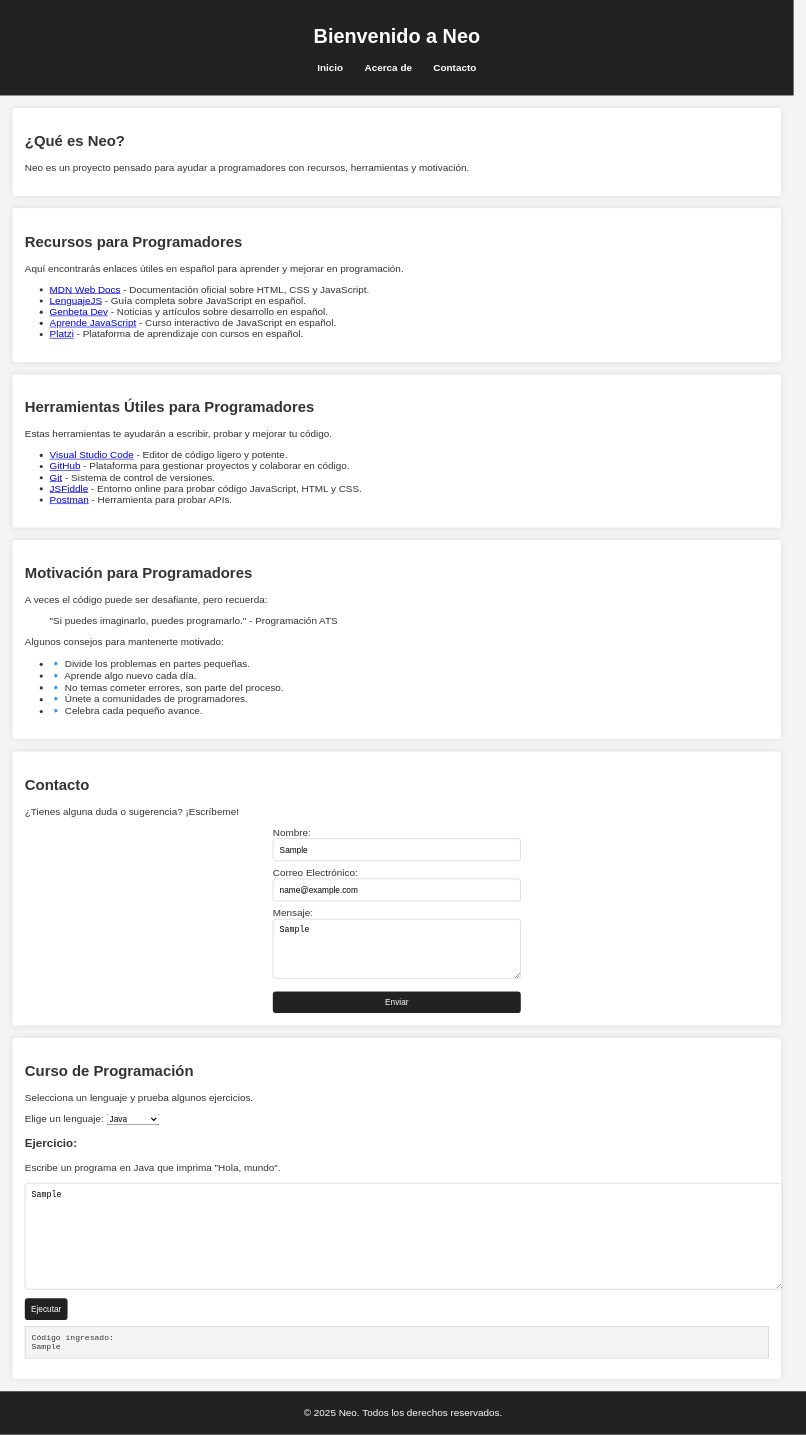
Repository: TapZc/getya_proyect
Page: index.html
An editor plug-in stored every save of this project. The page is shown before and after the next save, followed by the edit.
The browser window is 1280 px wide. The page is 1300 px wide, so the pictures cover 1300 px, including what lies to the right of the window. The pictures show the whole page, at 62% of full size.
Empty fields were first filled with sample values (such as "Sample", 5 or name@example.com).
After loading, the first visible `button[onclick="ejecutarCodigo()"]` was clicked once.

Above is the page before, as saved 2025-02-21 07:28:14.

### index.html
<!DOCTYPE html>
<html lang="es">
<head>
    <meta charset="UTF-8">
    <meta name="viewport" content="width=device-width, initial-scale=1.0">
    <title>Neo</title>
    <link rel="stylesheet" href="styles.css">
</head>

<script>
    function ejecutarCodigo() {
        let codigo = document.getElementById("codigo").value;
        let resultado = document.getElementById("resultado");

        // Por ahora, solo mostramos el código ingresado (simulación)
        resultado.textContent = "Código ingresado:\n" + codigo;
    }
</script>


<body>
    <header>
        <h1>Bienvenido a Neo</h1>
        <nav>
            <ul>
                <li><a href="#">Inicio</a></li>
                <li><a href="#">Acerca de</a></li>
                <li><a href="#">Contacto</a></li>
            </ul>
        </nav>
    </header>

    <section>
        <h2>¿Qué es Neo?</h2>
        <p>Neo es un proyecto pensado para ayudar a programadores con recursos, herramientas y motivación.</p>
    </section>

    <section>
        <h2>Recursos para Programadores</h2>
        <p>Aquí encontrarás enlaces útiles en español para aprender y mejorar en programación.</p>
        <ul>
            <li><a href="https://developer.mozilla.org/es/" target="_blank">MDN Web Docs</a> - Documentación oficial sobre HTML, CSS y JavaScript.</li>
            <li><a href="https://lenguajejs.com/" target="_blank">LenguajeJS</a> - Guía completa sobre JavaScript en español.</li>
            <li><a href="https://www.genbeta.com/desarrollo" target="_blank">Genbeta Dev</a> - Noticias y artículos sobre desarrollo en español.</li>
            <li><a href="https://aprendejavascript.org/" target="_blank">Aprende JavaScript</a> - Curso interactivo de JavaScript en español.</li>
            <li><a href="https://platzi.com/" target="_blank">Platzi</a> - Plataforma de aprendizaje con cursos en español.</li>
        </ul>
    </section>

    <section>
        <h2>Herramientas Útiles para Programadores</h2>
        <p>Estas herramientas te ayudarán a escribir, probar y mejorar tu código.</p>
        <ul>
            <li><a href="https://code.visualstudio.com/" target="_blank">Visual Studio Code</a> - Editor de código ligero y potente.</li>
            <li><a href="https://github.com/" target="_blank">GitHub</a> - Plataforma para gestionar proyectos y colaborar en código.</li>
            <li><a href="https://git-scm.com/" target="_blank">Git</a> - Sistema de control de versiones.</li>
            <li><a href="https://jsfiddle.net/" target="_blank">JSFiddle</a> - Entorno online para probar código JavaScript, HTML y CSS.</li>
            <li><a href="https://www.postman.com/" target="_blank">Postman</a> - Herramienta para probar APIs.</li>
        </ul>
    </section>

    <section>
        <h2>Motivación para Programadores</h2>
        <p>A veces el código puede ser desafiante, pero recuerda:</p>
        <blockquote>
            "Si puedes imaginarlo, puedes programarlo." - Programación ATS
        </blockquote>
        <p>Algunos consejos para mantenerte motivado:</p>
        <ul>
            <li>🔹 Divide los problemas en partes pequeñas.</li>
            <li>🔹 Aprende algo nuevo cada día.</li>
            <li>🔹 No temas cometer errores, son parte del proceso.</li>
            <li>🔹 Únete a comunidades de programadores.</li>
            <li>🔹 Celebra cada pequeño avance.</li>
        </ul>
    </section>

    <section>
        <h2>Contacto</h2>
        <p>¿Tienes alguna duda o sugerencia? ¡Escríbeme!</p>
        <form action="#" method="post">
            <label for="nombre">Nombre:</label>
            <input type="text" id="nombre" name="nombre" required>

            <label for="email">Correo Electrónico:</label>
            <input type="email" id="email" name="email" required>

            <label for="mensaje">Mensaje:</label>
            <textarea id="mensaje" name="mensaje" rows="5" required></textarea>

            <button type="submit">Enviar</button>
        </form>
    </section>

    <section>
        <h2>Curso de Programación</h2>
        <p>Selecciona un lenguaje y prueba algunos ejercicios.</p>

        <!-- Selector de lenguaje -->
        <label for="lenguaje">Elige un lenguaje:</label>
        <select id="lenguaje">
            <option value="java">Java</option>
            <option value="python">Python</option>
            <option value="javascript">JavaScript</option>
        </select>

        <!-- Ejercicio a resolver -->
        <div id="ejercicio">
            <h3>Ejercicio:</h3>
            <p>Escribe un programa en Java que imprima "Hola, mundo".</p>
        </div>

        <!-- Cuadro para escribir código -->
        <textarea id="codigo" rows="5" placeholder="// Escribe tu código aquí"></textarea>

        <!-- Botón para ejecutar -->
        <button onclick="ejecutarCodigo()">Ejecutar</button>

        <!-- Resultado de la ejecución -->
        <pre id="resultado"></pre>
    </section>


    <footer>
        <p>&copy; 2025 Neo. Todos los derechos reservados.</p>
    </footer>
</body>
</html>

### styles.css
/* Estilos generales */
body {
    font-family: Arial, sans-serif;
    margin: 0;
    padding: 0;
    background-color: #f4f4f4;
    color: #333;
}

/* Estilo del encabezado */
header {
    background-color: #222;
    color: white;
    padding: 20px;
    text-align: center;
}

/* Menú de navegación */
nav ul {
    list-style: none;
    padding: 0;
}

nav ul li {
    display: inline;
    margin: 0 15px;
}

nav ul li a {
    color: white;
    text-decoration: none;
    font-weight: bold;
}

/* Secciones */
section {
    padding: 20px;
    background: white;
    margin: 20px;
    border-radius: 5px;
    box-shadow: 0px 0px 10px rgba(0, 0, 0, 0.1);
}

/* Estilo del formulario */
form {
    display: flex;
    flex-direction: column;
    max-width: 400px;
    margin: auto;
}

form input, form textarea {
    margin-bottom: 10px;
    padding: 10px;
    border: 1px solid #ccc;
    border-radius: 5px;
}

button {
    background-color: #222;
    color: white;
    padding: 10px;
    border: none;
    border-radius: 5px;
    cursor: pointer;
}

/* Pie de página */
footer {
    text-align: center;
    padding: 10px;
    background-color: #222;
    color: white;
    position: relative;
    bottom: 0;
    width: 100%;
}

/* Sección de cursos */
#codigo {
    width: 100%;
    height: 150px;
    font-family: monospace;
    padding: 10px;
    border: 1px solid #ccc;
    border-radius: 5px;
}

button {
    background-color: #222;
    color: white;
    padding: 10px;
    border: none;
    border-radius: 5px;
    cursor: pointer;
    margin-top: 10px;
}

#resultado {
    background-color: #f4f4f4;
    padding: 10px;
    border: 1px solid #ccc;
    margin-top: 10px;
}

After the next save:
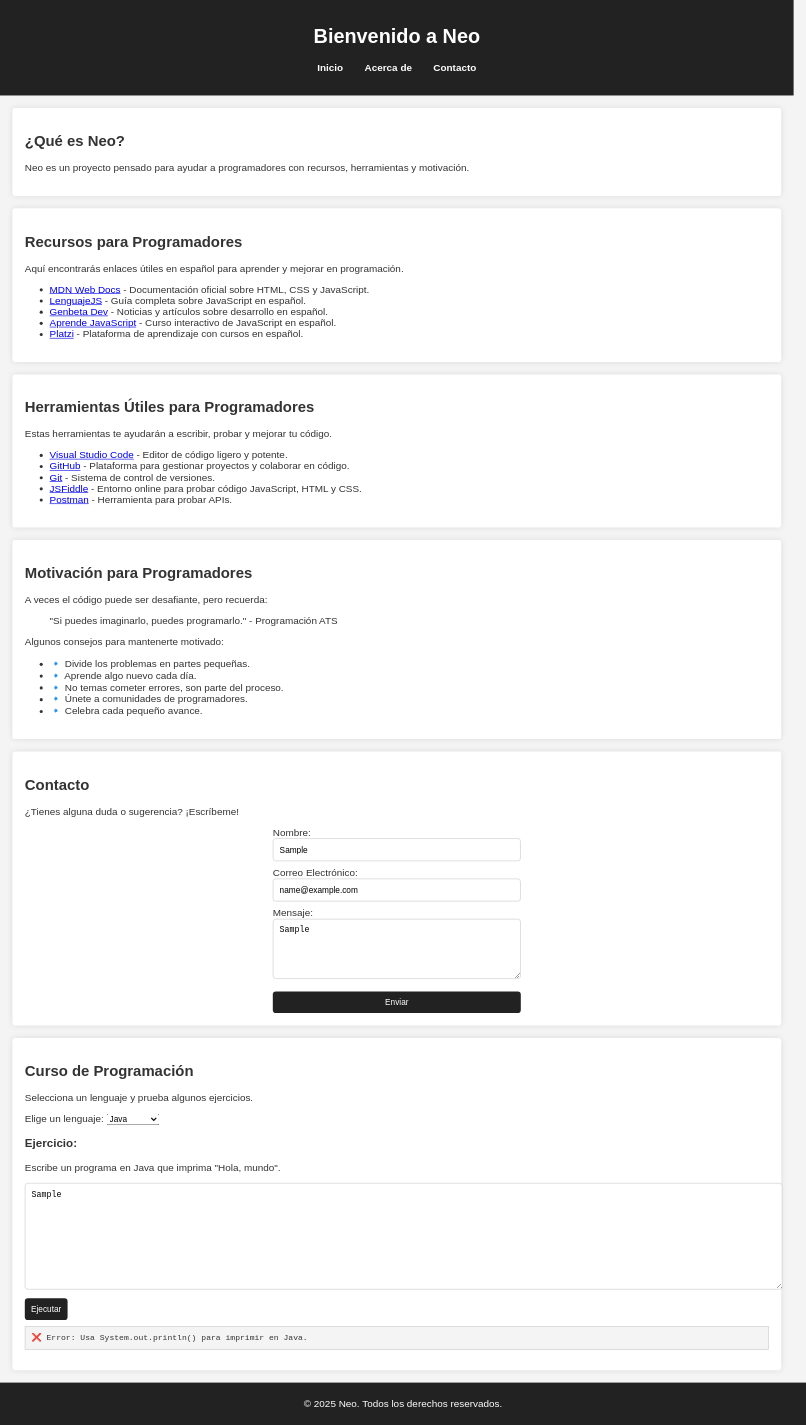
Saved 5 min 42 s later.
--- a/index.html
+++ b/index.html
@@ -9,13 +9,45 @@
 
 <script>
     function ejecutarCodigo() {
-        let codigo = document.getElementById("codigo").value;
+        let codigo = document.getElementById("codigo").value.trim();
         let resultado = document.getElementById("resultado");
+        let lenguaje = document.getElementById("lenguaje").value;
 
-        // Por ahora, solo mostramos el código ingresado (simulación)
-        resultado.textContent = "Código ingresado:\n" + codigo;
+        // Limpiar resultado antes de ejecutar
+        resultado.textContent = "";
+
+        if (codigo === "") {
+            resultado.textContent = "⚠️ Escribe un código antes de ejecutar.";
+            return;
+        }
+
+        // Si el usuario eligió JavaScript, ejecutamos directamente en el navegador
+        if (lenguaje === "javascript") {
+            try {
+                let output = eval(codigo); // Evalúa el código
+                resultado.textContent = "✅ Salida:\n" + output;
+            } catch (error) {
+                resultado.textContent = "❌ Error de sintaxis:\n" + error.message;
+            }
+        } else {
+            // Simulación para Java y Python (en un futuro podemos ejecutar en un servidor)
+            if (lenguaje === "java") {
+                if (!codigo.includes("System.out.println")) {
+                    resultado.textContent = "❌ Error: Usa System.out.println() para imprimir en Java.";
+                } else {
+                    resultado.textContent = "✅ Salida esperada:\nHola, mundo (ejemplo simulado)";
+                }
+            } else if (lenguaje === "python") {
+                if (!codigo.includes("print")) {
+                    resultado.textContent = "❌ Error: Usa print() para imprimir en Python.";
+                } else {
+                    resultado.textContent = "✅ Salida esperada:\nHola, mundo (ejemplo simulado)";
+                }
+            }
+        }
     }
 </script>
+
 
 
 <body>
